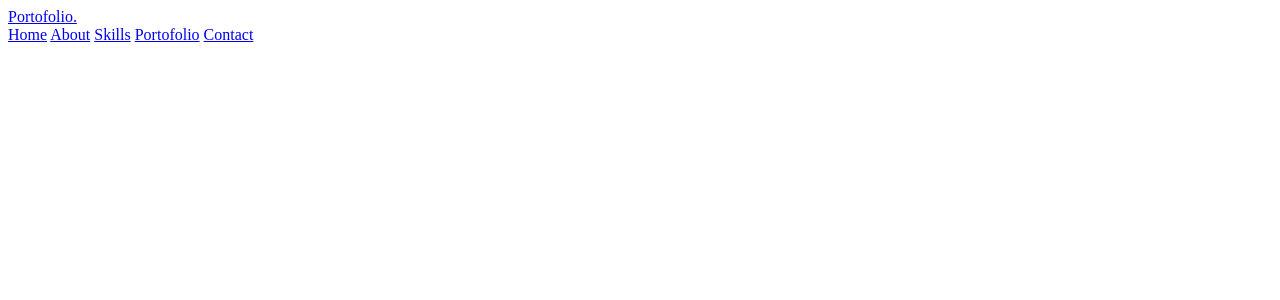
Repository: Olovrelvino/personalWebsite-HtmlCssJs-project
Page: portofolio.html
An editor plug-in stored every save of this project. The page is shown before and after a run of saves, followed by the edit.
The browser window is 1280 px wide. The pictures show the whole page.

Above is the page before, as saved 2024-09-21 20:43:44.

### portofolio.html
<!DOCTYPE html>
<html lang="en">
<head>
    <meta charset="UTF-8">
    <meta name="viewport" content="width=device-width, initial-scale=1.0">
    <title>Portofolio</title>
</head>
<body>
        <!-- NAVBAR SECTION -->
        <header class="header">
            <a href="#" class="logo">Portofolio.</a>

            <nav class="navbar">
                <a href="#home" style="--i:1;" class="active">Home</a>
                <a href="#about" style="--i:2;">About</a>
                <a href="#Skills" style="--i:3;">Skills</a>
                <a href="portofolio.html" style="--i:4;">Portofolio</a>
                <a href="#" style="--i:5;">Contact</a>
            </nav>
        </header>

</body>
</html>

### portfolio.css
@import url('https://fonts.googleapis.com/css?family=Poppins:400,700,900');

* {
    margin: 0;
    padding: 0;
    border: none;
    outline: none;
    scroll-behavior: smooth;
    box-sizing: border-box;
    font-family: 'Poppins', sans-serif;
}

body {
    background: #1f242d;
    color: #fff;
    overflow-x: hidden;

}

.header {
    position: fixed;
    top: 0;
    left: 0;
    width: 100%;
    padding: 20px 10%;
    background: rgba(0, 0, 0, 0.3);
    backdrop-filter: blur(10px);
    display: flex;
    justify-content: space-between;
    align-items: center;
    z-index: 100;

}

.logo {
    font-size: 25px;
    color: #fff;
    text-decoration: none;
    font-weight: 600;
    cursor: default;
    opacity: 0;
    animation: slideRight 1s ease forwards;

}

.navbar a {
    display: inline-block;
    font-size: 18px;
    color: #fff;
    text-decoration: none;
    font-weight: 500;
    margin-left: 35px;
    transition: .3s;
    opacity: 0;
    animation: slideTop 1s ease forwards;
    animation-delay: calc(.2s * var(--i));

}

.navbar a:hover,
.navbar a.active {
    color: #0ef;

}

After the next 5 saves:
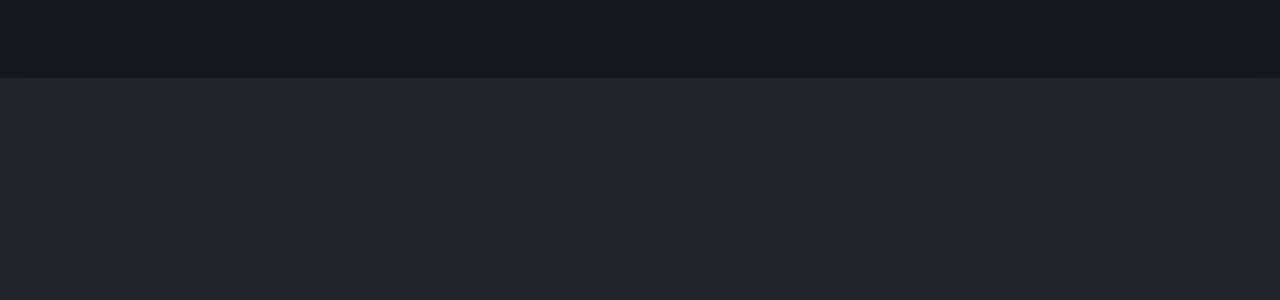
The 5 saves are shown as one change because they came seconds apart.
The last was saved 51 s later.
--- a/portofolio.html
+++ b/portofolio.html
@@ -4,6 +4,7 @@
     <meta charset="UTF-8">
     <meta name="viewport" content="width=device-width, initial-scale=1.0">
     <title>Portofolio</title>
+    <link rel="stylesheet" href="portfolio.css">
 </head>
 <body>
         <!-- NAVBAR SECTION -->
